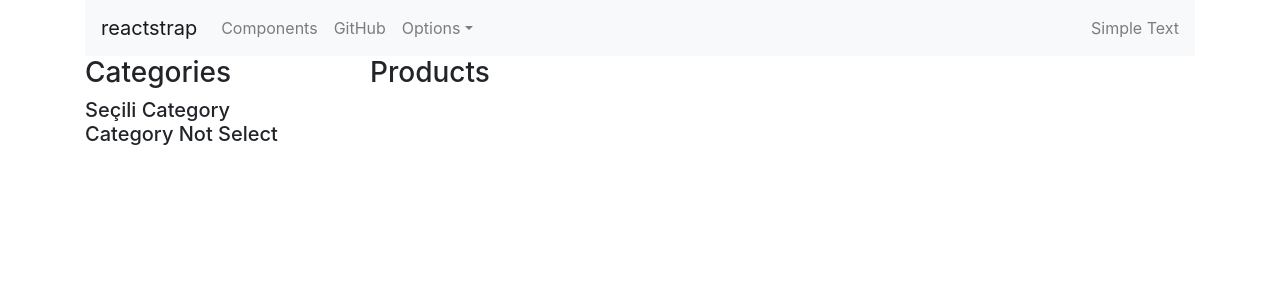
Repository: asarikaya/redux_try_app
Page: /
The author's editor kept a copy of each file at every save. The page is drawn from the files as they stood at one save, then again after the next save.
The browser window is 1280 px wide. The pictures show the whole page.
The page's requests for data from a server got no answer. The project was rebuilt for these pictures with package versions that can differ from the ones it lists, and the page was loaded fresh each time. No one was signed in, and anything a server would have sent is missing.

Above is the page before, as saved 2020-02-28 13:11:23.

After the next save:
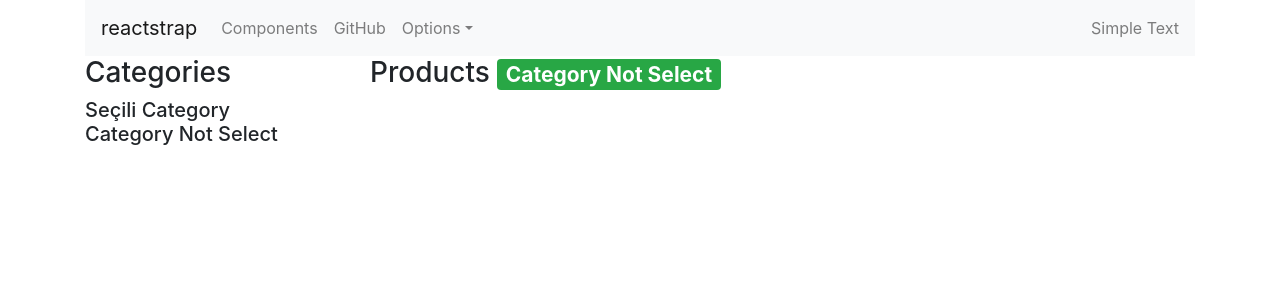
Saved 73 s later.
--- a/src/components/products/ProductList.js
+++ b/src/components/products/ProductList.js
@@ -6,7 +6,9 @@ class ProductList extends Component {
   render() {
     return (
       <div>
-        <h3>Products <Badge></Badge></h3>
+        <h3>
+            Products <Badge color="success">{this.props.currentCategory.categoryName}</Badge>
+        </h3>
       </div>
     );
   }
